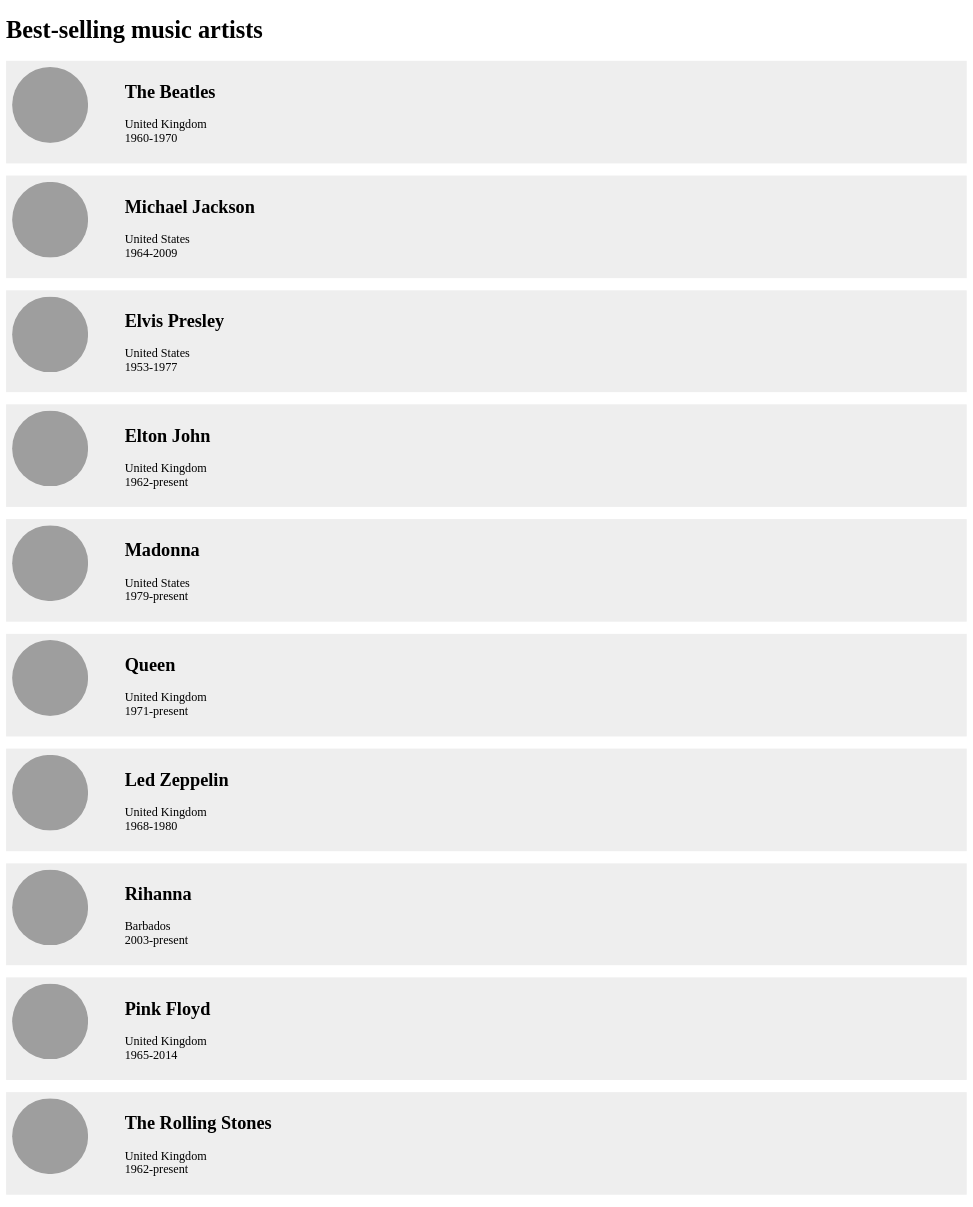
Repository: MonicaNguyenH/Frontend_Week3_Lab2_HW
Page: /
An editor plug-in stored every save of this project. The page is shown before and after the next save, followed by the edit.
The browser window is 1280 px wide. The pictures show the whole page, at 76% of full size.
Pictures or frames that could not be fetched are drawn as grey boxes. The project was rebuilt for these pictures with package versions that can differ from the ones it lists, and the page was loaded fresh each time. Also part of the build but not shown: vite.config.js.

Above is the page before, as saved 2024-09-19 23:53:57.

After the next save:
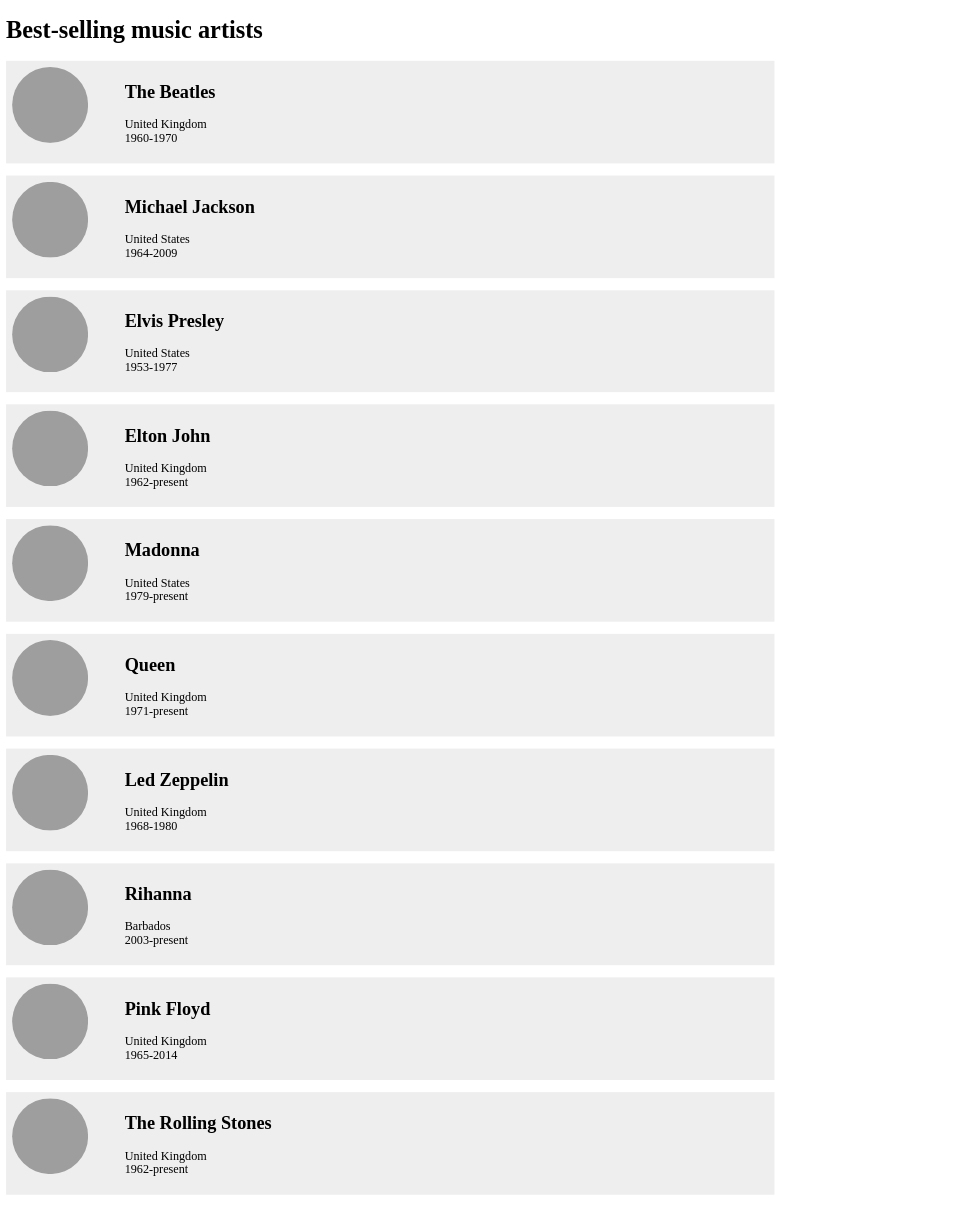
Saved 102 s later.
--- a/src/index.css
+++ b/src/index.css
@@ -1,3 +1,7 @@
+.app {
+    width: 80%;
+}
+
 .artist-card {
     display: flex;
     gap: 1em;
